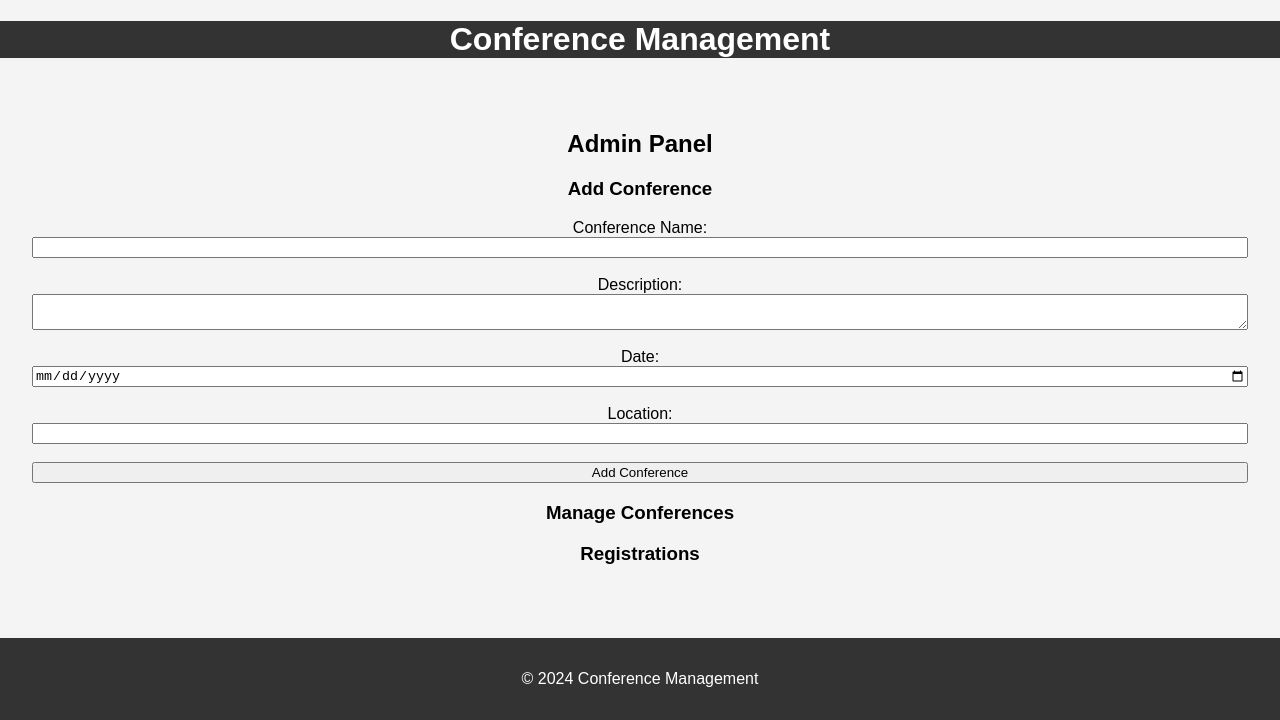
Repository: AMIT1439027/conferenceapp
Page: http://localhost/admin/admin.php
The author's editor kept a copy of each file at every save. The page is drawn from the files as they stood at one save, then again after the next save.
The browser window is 1280 px wide. The pictures show the whole page.
The page is run by PHP 8.4 with error messages shown; the project is at /var/www/html/. Queries for data that is not in the repository find no rows.

Above is the page before, as saved 2024-05-29 14:37:43.

After the next save:
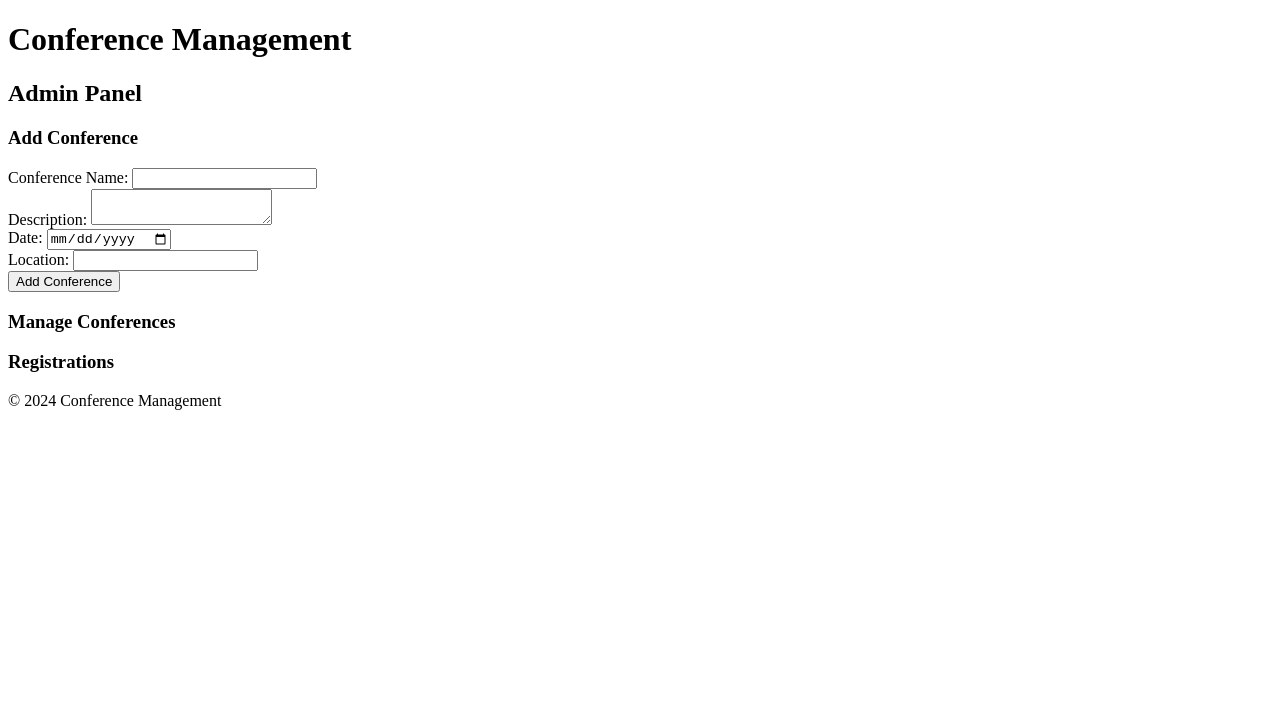
Saved 84 s later.
--- a/admin/admin.php
+++ b/admin/admin.php
@@ -48,7 +48,7 @@
     <meta charset="UTF-8">
     <meta name="viewport" content="width=device-width, initial-scale=1.0">
     <title>Admin</title>
-    <link rel="stylesheet" href="styles.css">
+    <!-- <link rel="stylesheet" href="styles.css"> -->
 </head>
 <body>
     <header>

After the save that followed:
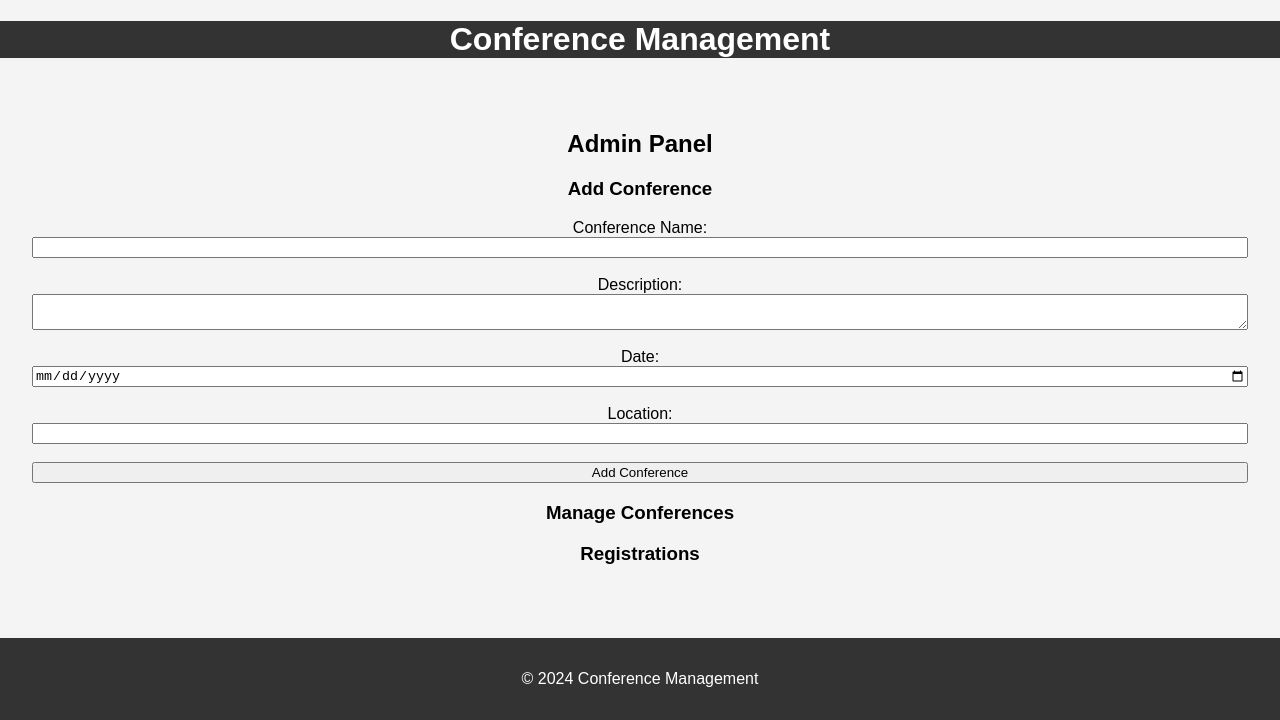
Saved 17 s later.
--- a/admin/admin.php
+++ b/admin/admin.php
@@ -48,7 +48,7 @@
     <meta charset="UTF-8">
     <meta name="viewport" content="width=device-width, initial-scale=1.0">
     <title>Admin</title>
-    <!-- <link rel="stylesheet" href="styles.css"> -->
+    <link rel="stylesheet" href="styles.css">
 </head>
 <body>
     <header>
